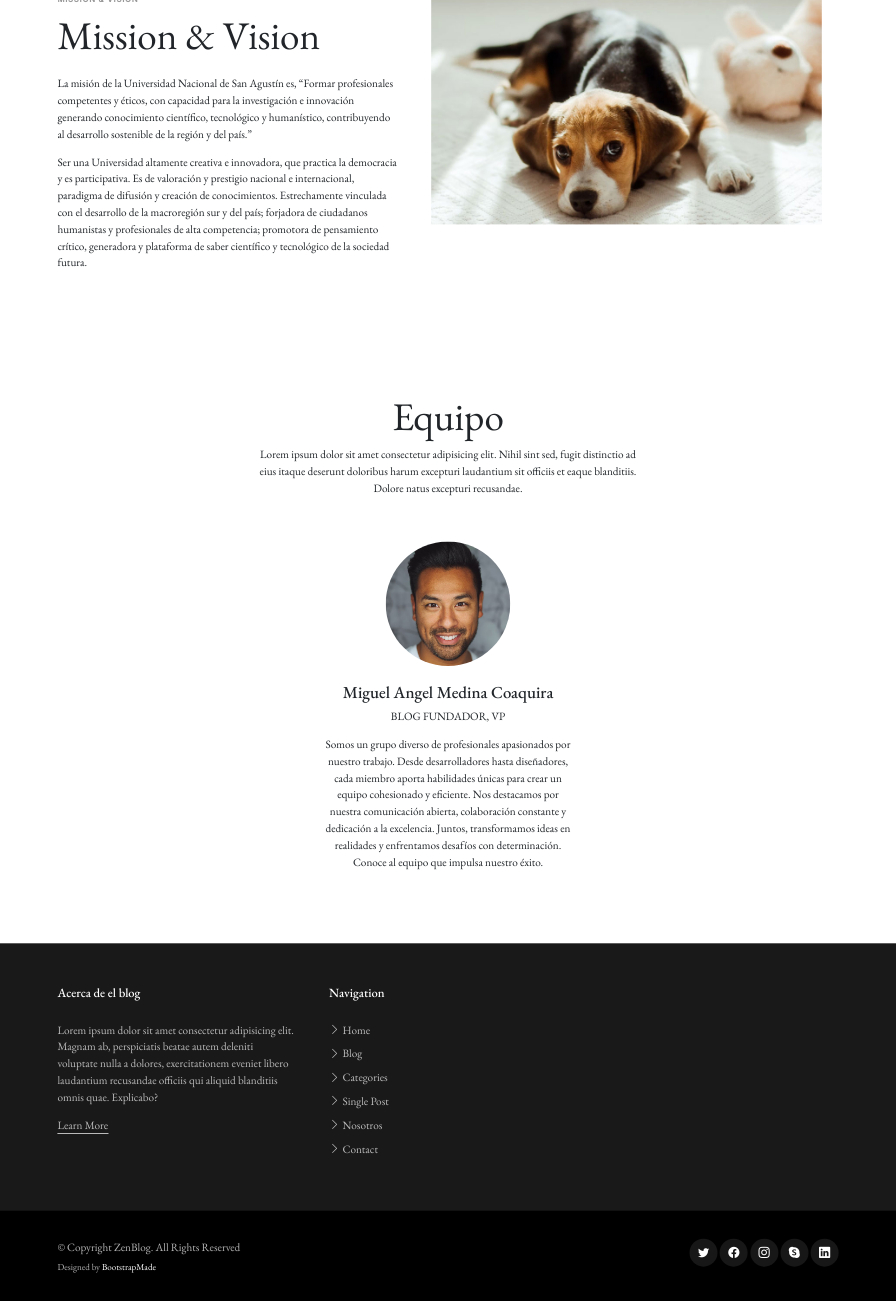
Repository: MiguelDev5/blog-miguel
Page: about.html
An editor plug-in stored every save of this project. The page is shown before and after the next save, followed by the edit.
The browser window is 1280 px wide. The pictures show the part of the page from y = 772 to 2692 px (the page is 2630 px tall before and 2692 px after), at 70% of full size.
Some web fonts or font styles are not loaded; a fallback is used.

Above is the page before, as saved 2024-01-01 04:26:09.

After the next save:
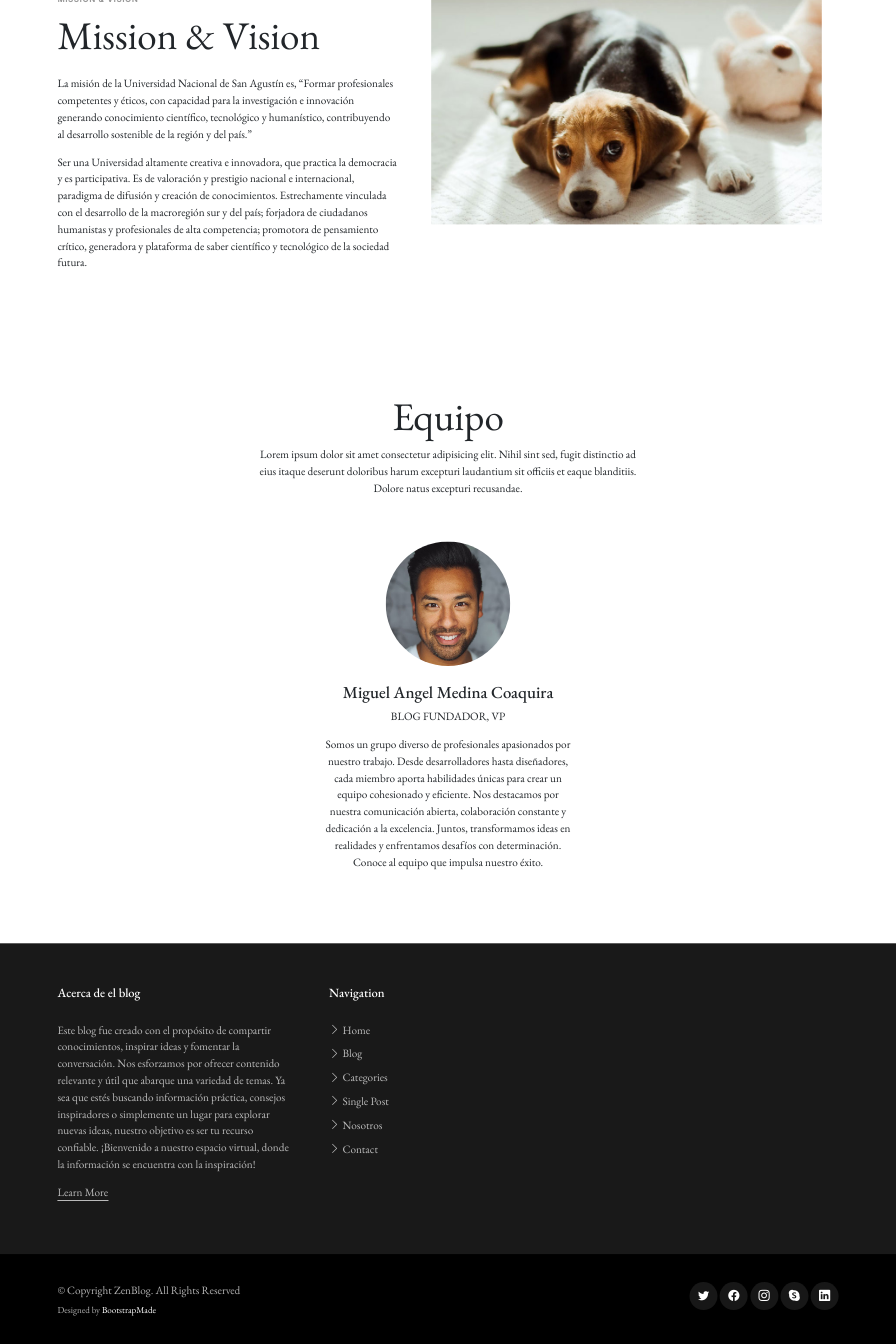
Saved 30 s later.
--- a/about.html
+++ b/about.html
@@ -176,7 +176,7 @@
         <div class="row g-5">
           <div class="col-lg-4">
             <h3 class="footer-heading">Acerca de el blog</h3>
-            <p>Lorem ipsum dolor sit amet consectetur adipisicing elit. Magnam ab, perspiciatis beatae autem deleniti voluptate nulla a dolores, exercitationem eveniet libero laudantium recusandae officiis qui aliquid blanditiis omnis quae. Explicabo?</p>
+            <p>Este blog fue creado con el propósito de compartir conocimientos, inspirar ideas y fomentar la conversación. Nos esforzamos por ofrecer contenido relevante y útil que abarque una variedad de temas. Ya sea que estés buscando información práctica, consejos inspiradores o simplemente un lugar para explorar nuevas ideas, nuestro objetivo es ser tu recurso confiable. ¡Bienvenido a nuestro espacio virtual, donde la información se encuentra con la inspiración!</p>
             <p><a href="about.html" class="footer-link-more">Learn More</a></p>
           </div>
           <div class="col-6 col-lg-2">
